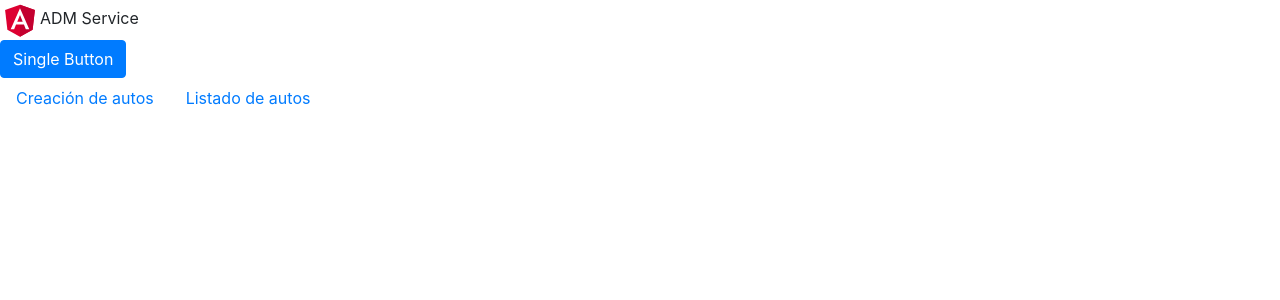
Repository: jpalacio9702/ADM
Page: / (app in frontend/ADM/)
The author's editor kept a copy of each file at every save. The page is drawn from the files as they stood at one save, then again after the next save.
The browser window is 1280 px wide. The pictures show the whole page.
The project was rebuilt for these pictures with package versions that can differ from the ones it lists, and the page was loaded fresh each time. Also part of the build but not shown: frontend/ADM/angular.json.

Above is the page before, as saved 2021-03-16 19:05:43.

### frontend/ADM/src/index.html
<!doctype html>
<html lang="en">
<head>
  <meta charset="utf-8">
  <title>ADM</title>
  <base href="/">
  <meta name="viewport" content="width=device-width, initial-scale=1">
  <link rel="icon" type="image/x-icon" href="favicon.ico">
</head>
<body>
  <app-root></app-root>
</body>
</html>

### frontend/ADM/src/app/app.module.ts
import { NgModule } from '@angular/core';
import { BrowserModule } from '@angular/platform-browser';

import { AppRoutingModule } from './app-routing.module';
import { AppComponent } from './app.component';
import { TabsModule } from 'ngx-bootstrap/tabs';

@NgModule({
  declarations: [
    AppComponent
  ],
  imports: [
    BrowserModule,
    AppRoutingModule,
    TabsModule.forRoot()
  ],
  providers: [],
  bootstrap: [AppComponent]
})
export class AppModule { }

### frontend/ADM/src/app/app.component.ts
import { Component } from '@angular/core';

@Component({
  selector: 'app-root',
  templateUrl: './app.component.html',
  styleUrls: ['./app.component.css']
})
export class AppComponent {
  title = 'ADM';
}

### frontend/ADM/src/app/app.component.html
<!-- Toolbar -->
<div class="toolbar" role="banner">
  <img
    width="40"
    alt="Angular Logo"
    src="data:[embedded picture, 522 characters]"
  />
  <span>ADM Service</span>
    <div class="spacer"></div>
</div>

<button type="button" class="btn btn-primary" [routerLink]="['/listar']">
  Single Button
</button>
<ul class="nav navbar-dark bg-default">
  <li class="nav-item" [routerLinkActive]="['active']" [routerLinkActiveOptions]="{exact:true}">
    <a class="nav-link" aria-current="page" [routerLink]="['/']">Creación de autos</a>
  </li>
  <li class="nav-item" [routerLinkActive]="['active']" [routerLinkActiveOptions]="{exact:true}">
    <a class="nav-link" [routerLink]="['/listar']">Listado de autos</a>
  </li>
</ul>
<router-outlet></router-outlet>

Loaded but not shown: frontend/ADM/src/styles.css (common file); frontend/ADM/src/main.ts (common file); frontend/ADM/src/environments/environment.ts (common file); frontend/ADM/src/app/app-routing.module.ts (common file); frontend/ADM/src/app/app.component.css (no stored copy; drawn as an empty file)

After the next save:
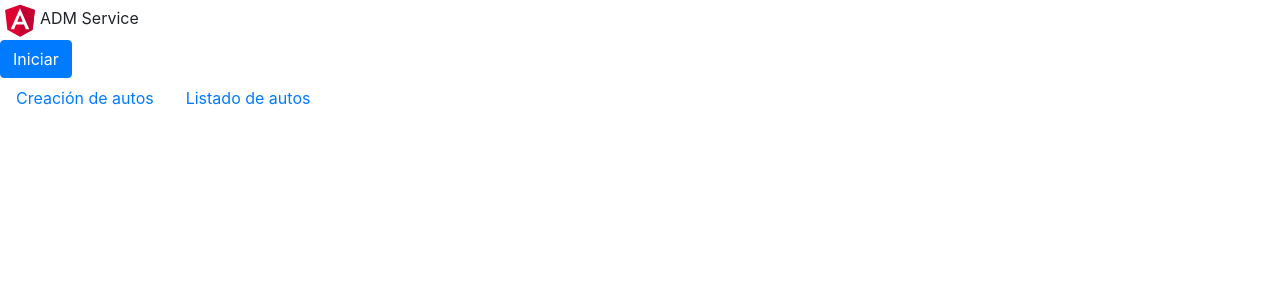
Saved 79 s later.
--- a/frontend/ADM/src/app/app.component.html
+++ b/frontend/ADM/src/app/app.component.html
@@ -10,7 +10,7 @@
 </div>
 
 <button type="button" class="btn btn-primary" [routerLink]="['/listar']">
-  Single Button
+  Iniciar
 </button>
 <ul class="nav navbar-dark bg-default">
   <li class="nav-item" [routerLinkActive]="['active']" [routerLinkActiveOptions]="{exact:true}">
